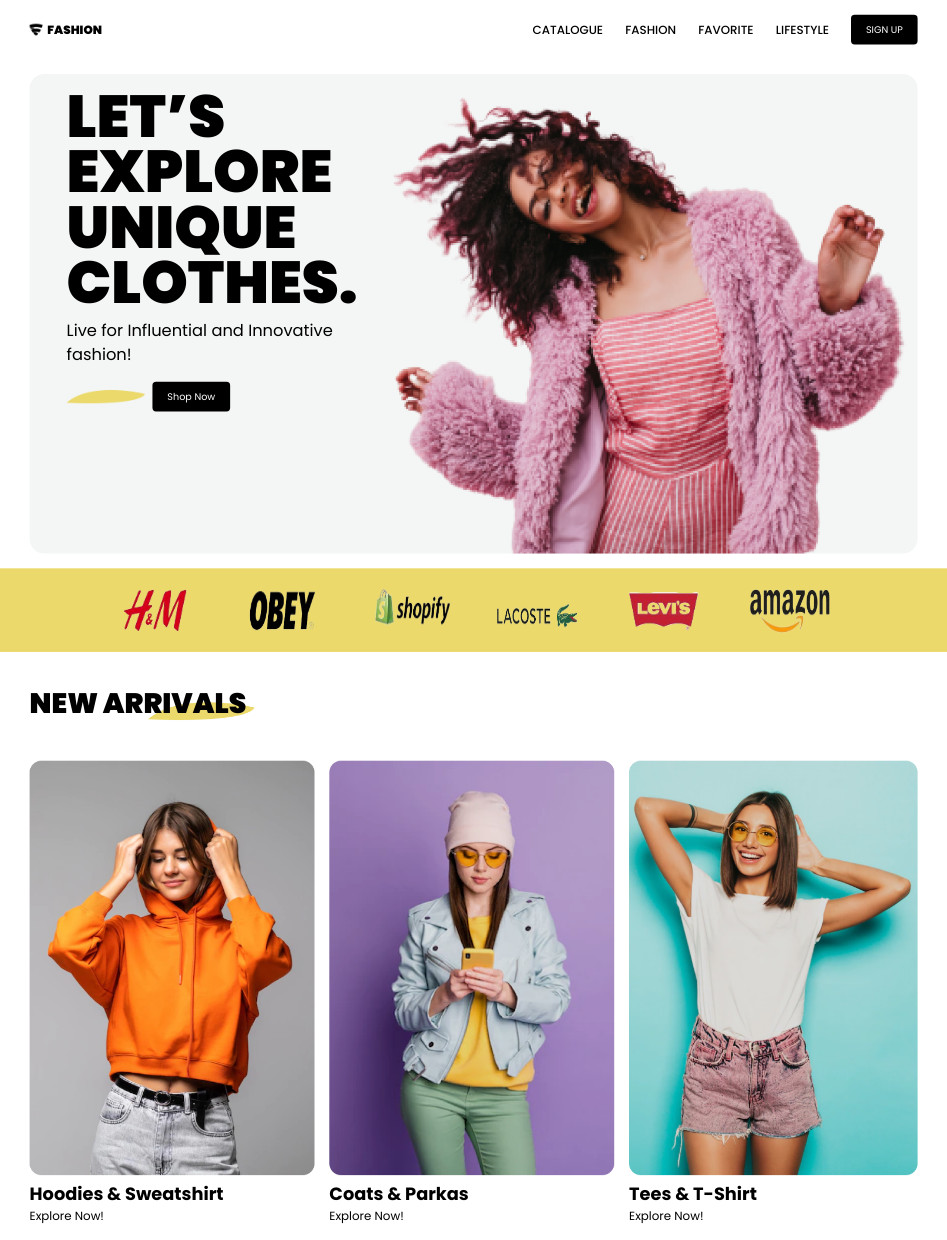
Repository: isaacCodes1/FashionSite2
Page: index.html
An editor plug-in stored every save of this project. The page is shown before and after the next save, followed by the edit.
The browser window is 1280 px wide. The pictures show the whole page, at 74% of full size.

Above is the page before, as saved 2024-03-12 11:29:26.

### index.html
<!DOCTYPE html>
<html lang="en">
  <head>
    <meta charset="UTF-8" />
    <meta name="viewport" content="width=device-width, initial-scale=1.0" />
    <link rel="stylesheet" href="/style.css" />
    <title>Shopping Site</title>
  </head>
  <body>
    <header>
      <nav>
        <div class="logo">
          <a href="#"> <img src="/Assets/Vector.png" alt="" /> FASHION</a>
        </div>
        <div class="navList">
          <ul>
            <li><a href="#">CATALOGUE</a></li>
            <li><a href="#">FASHION</a></li>
            <li><a href="#">FAVORITE</a></li>
            <li><a href="#">LIFESTYLE</a></li>
          </ul>
          <button>SIGN UP</button>
        </div>
      </nav>
    </header>
    <main>
      <section class="landingPageContainer">
        <div class="landingPage">
          <div class="textContainer">
            <h1>
              <span class="span1">LET’S</span> EXPLORE
              <span class="span2">UNIQUE</span> CLOTHES.
            </h1>
            <p>Live for Influential and Innovative fashion!</p>
            <div class="textBtn">
              <img src="/Assets/Vector 9.png" alt="" />
              <button class="btn">Shop Now</button>
            </div>
          </div>
          <div class="imgContainer">
            <img src="/Assets/girl.png" alt="" />
          </div>
        </div>
      </section>
      <section class="landingPageFooter">
        <div class="logoContainer">
          <img src="/Assets/HM.png" alt="" />
          <img src="/Assets/Obey.png" alt="" />
          <img src="/Assets/Shopify.png" alt="" />
          <img src="/Assets/Lacoste.png" alt="" />
          <img src="/Assets/Levis.png" alt="" />
          <img src="/Assets/Amazon.png" alt="" />
        </div>
      </section>
      <section class="arrivalContainer">
        <div class="arrivalText">
          <h1>NEW ARRIVALS</h1>
          <img src="/Assets/Vector 9.png" alt="" />
        </div>
        <div class="cardsContainer">
          <div class="cards">
            <div class="cardImg">
              <img src="/Assets/image1.png" alt="" />
            </div>
            <div class="cardText">
              <div class="textIcon">
                <h1>Hoodies & Sweatshirt</h1>
                <p>Explore Now!</p>
              </div>
              <div class="icon"></div>
            </div>
          </div>
          <div class="cards">
            <div class="cardImg">
              <img src="/Assets/image2.png" alt="" />
            </div>
            <div class="cardText">
              <div class="textIcon">
                <h1>Coats & Parkas</h1>
                <p>Explore Now!</p>
              </div>
              <div class="icon"></div>
            </div>
          </div>
          <div class="cards">
            <div class="cardImg">
              <img src="/Assets/image3.png" alt="" />
            </div>
            <div class="cardText">
              <div class="textIcon">
                <h1>Tees & T-Shirt</h1>
                <p>Explore Now!</p>
              </div>
              <div class="icon"></div>
            </div>
          </div>
        </div>
      </section>
    </main>
  </body>
</html>

### style.css
@import url("https://fonts.googleapis.com/css2?family=Poppins:ital,wght@0,100;0,200;0,300;0,400;0,500;0,600;0,700;0,800;0,900;1,100;1,200;1,300;1,400;1,500;1,600;1,700;1,800;1,900&display=swap");
* {
  margin: 0;
  padding: 0;
  box-sizing: border-box;
  font-family: "Poppins", sans-serif;
}
nav {
  display: flex;
  align-items: center;
  justify-content: space-between;
  width: 100%;
  padding: 20px 40px;
}
.logo a {
  display: flex;
  align-items: center;
  gap: 6px;
  text-decoration: none;
  color: black;
  font-size: 16px;
  font-weight: 900;
}
.logo a img {
  width: 16%;
}
.navList {
  display: flex;
  gap: 30px;
  align-items: center;
}
.navList ul {
  display: flex;
  gap: 30px;
  list-style: none;
}
.navList ul li a {
  text-decoration: none;
  color: black;
  font-size: 16px;
  font-weight: 500;
}
.navList ul li:hover {
  transform: scale(1.02);
  transition: 1s ease-in-out;
}
.navList button {
  border: 0;
  background: black;
  padding: 10px 20px;
  color: white;
  border-radius: 5px;
  font-size: 13px;
}
.navList button:hover {
  transform: scale(1.02);
  transition: 1s ease-in-out;
  color: black;
  background: rgb(137, 136, 136);
}

/* landingPageContainer */
.landingPageContainer {
  padding: 20px 40px;
}
.landingPage {
  display: flex;
  flex: 1;
  width: 100%;
  height: 90vh;
  padding: 20px 10px 0px 10px;
  border-radius: 20px;
  background: #f4f6f5;
}
.textContainer {
  display: flex;
  flex: 0.5;
  flex-direction: column;
  gap: 10px;
  padding-left: 40px;
}
.textContainer h1 {
  font-size: 80px;
  font-weight: 900;
  width: 50%;
  line-height: 75px;
}
.textContainer p {
  font-size: 22px;
}

.textBtn {
  display: flex;
  align-items: center;
  width: 80%;
  margin-top: 10px;
  gap: 10px;
}
.btn {
  border: 0;
  background: black;
  padding: 10px 20px;
  color: white;
  border-radius: 5px;
  font-size: 13px;
}
.btn:hover {
  transform: scale(1.02);
  transition: 1s ease-in-out;
  color: black;
  background: rgb(137, 136, 136);
}
.textBtn img {
  width: 30%;
}
.imgContainer {
  flex: 0.5;
  display: flex;
}
.landingPageFooter {
  background: #ebd96b;
  padding: 20px 30px;
  display: flex;
  justify-content: center;
  align-items: center;
}
.logoContainer {
  display: flex;
  justify-content: center;
  gap: 50px;
}
.logoContainer img {
  width: 10%;
}
.arrivalContainer {
  margin-top: 20px;
  padding: 20px 40px;
  display: flex;
  flex-direction: column;
  gap: 50px;
}
.arrivalText {
  position: relative;
}
.arrivalText h1 {
  font-size: 38px;
  font-weight: 900;
}
.arrivalText img {
  position: absolute;
  bottom: 5px;
  left: 160px;
  width: 12%;
  z-index: -1;
}
.cardsContainer {
  display: flex;
  gap: 20px;
}
.cards {
  display: flex;
  flex-direction: column;
}

.cardImg img {
  width: 100%;
}

After the next save:
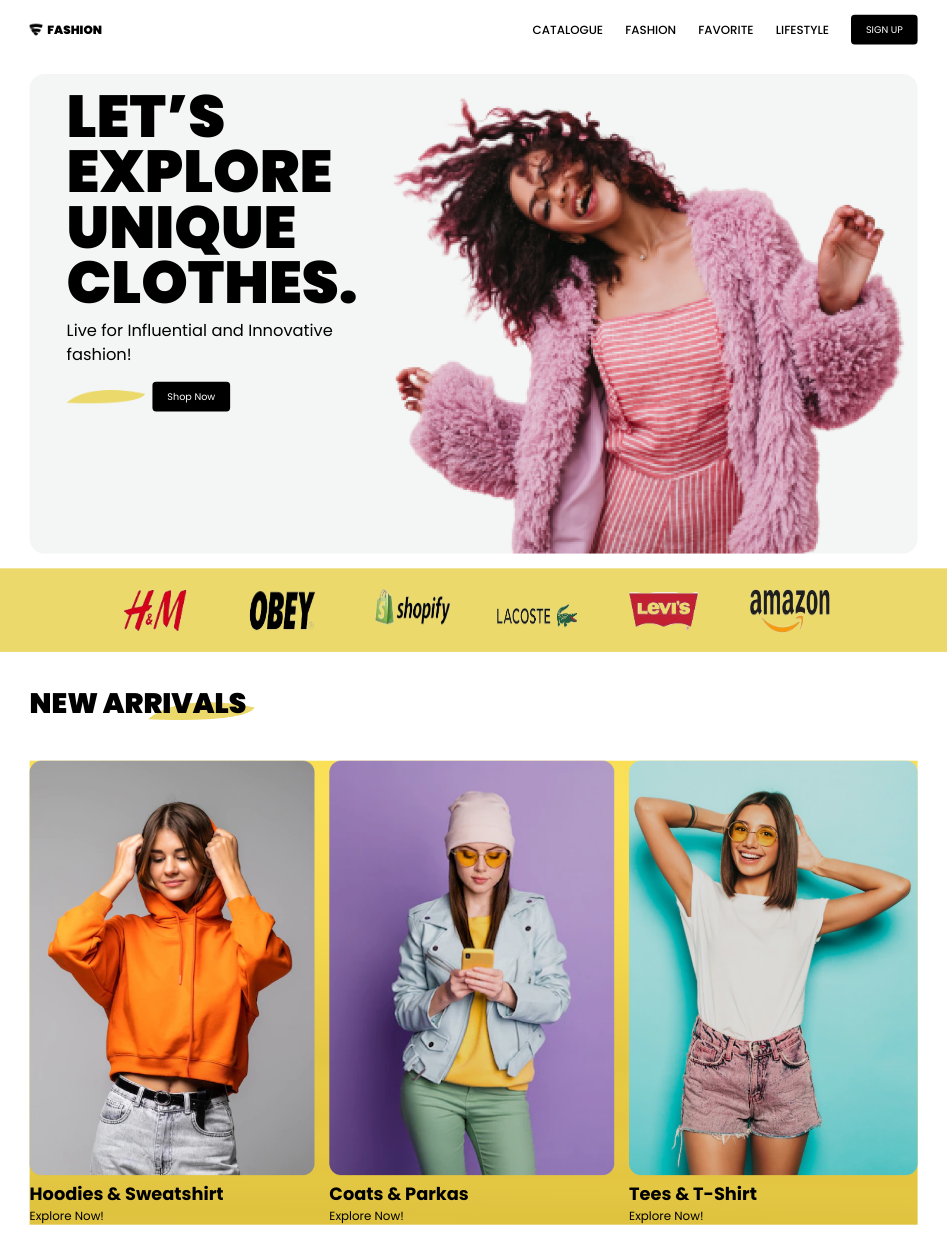
Saved 4 s later.
--- a/style.css
+++ b/style.css
@@ -156,6 +156,29 @@
 .cardsContainer {
   display: flex;
   gap: 20px;
+  background: linear-gradient(
+    1.32deg,
+    #e0c340 0.13%,
+    #dfc23e 3.97%,
+    #e1c441 7.2%,
+    #e3c743 10.13%,
+    #e4c542 12.98%,
+    #e6c744 15.99%,
+    #e7c845 19.52%,
+    #e5c643 23.96%,
+    #e6c945 30.43%,
+    #e3c743 36.49%,
+    #e9ca48 42.49%,
+    #edce49 49.35%,
+    #f0d44c 55.42%,
+    #f4d84f 61.43%,
+    #f6da52 65.74%,
+    #f7db53 72.23%,
+    #f9dd55 77.43%,
+    #f9df56 83.84%,
+    #fae157 91.52%,
+    #f9df56 97.87%
+  );
 }
 .cards {
   display: flex;

After the 2 saves that followed:
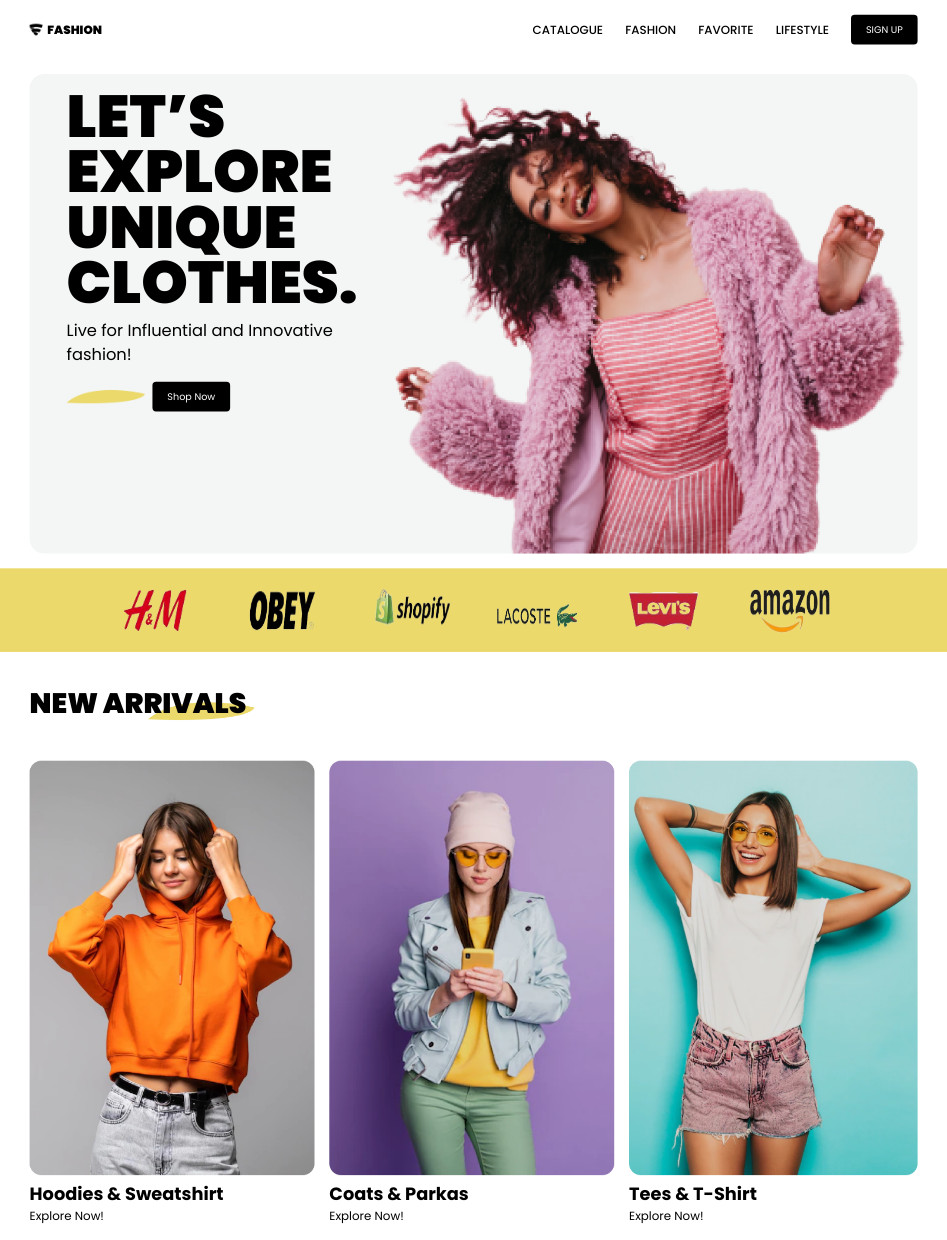
The 2 saves are shown as one change because they came seconds apart.
The last was saved 10 s later.
--- a/style.css
+++ b/style.css
@@ -156,29 +156,6 @@
 .cardsContainer {
   display: flex;
   gap: 20px;
-  background: linear-gradient(
-    1.32deg,
-    #e0c340 0.13%,
-    #dfc23e 3.97%,
-    #e1c441 7.2%,
-    #e3c743 10.13%,
-    #e4c542 12.98%,
-    #e6c744 15.99%,
-    #e7c845 19.52%,
-    #e5c643 23.96%,
-    #e6c945 30.43%,
-    #e3c743 36.49%,
-    #e9ca48 42.49%,
-    #edce49 49.35%,
-    #f0d44c 55.42%,
-    #f4d84f 61.43%,
-    #f6da52 65.74%,
-    #f7db53 72.23%,
-    #f9dd55 77.43%,
-    #f9df56 83.84%,
-    #fae157 91.52%,
-    #f9df56 97.87%
-  );
 }
 .cards {
   display: flex;
